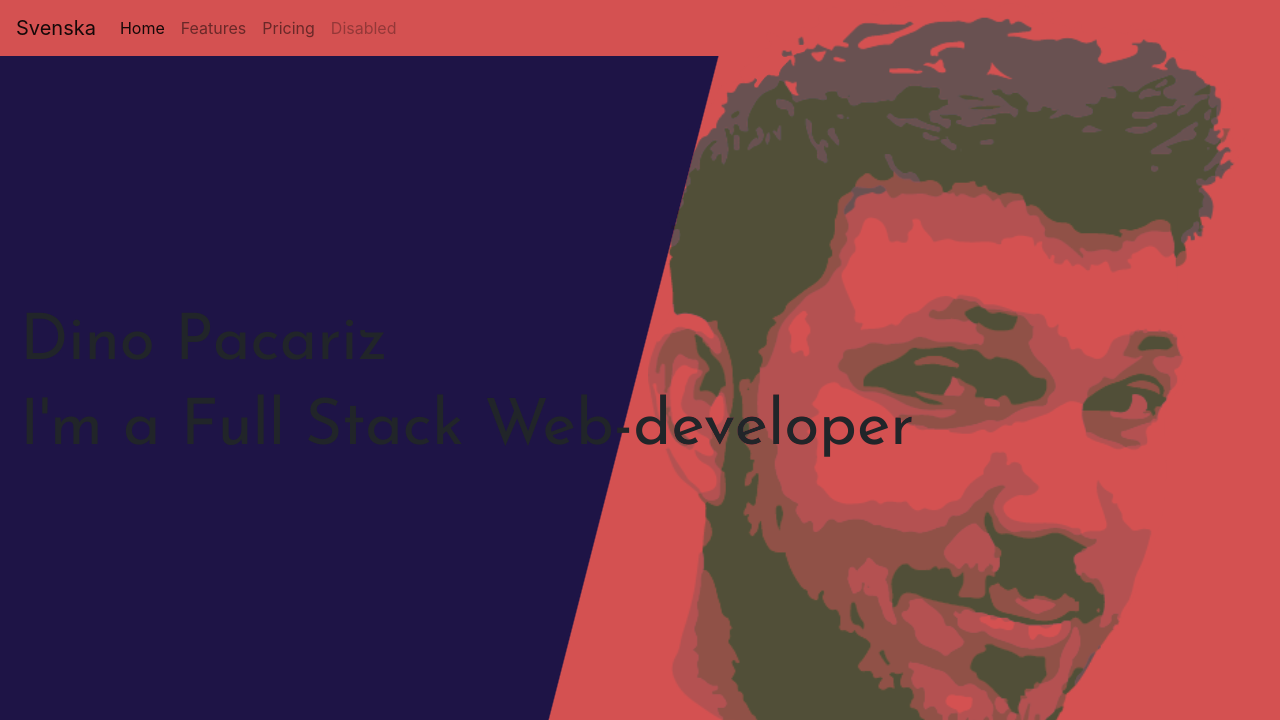
Repository: ImDino/Portfolio
Page: index.html
An editor plug-in stored every save of this project. The page is shown before and after the next save, followed by the edit.
The browser window is 1280 px wide. The pictures show the whole page.
Some web libraries are served in a nearby version. The style sheet was rebuilt from its Sass, Less or Tailwind sources for each picture, by a compiler version that may differ from the author's.

Above is the page before, as saved 2020-11-04 00:14:59.

After the next save:
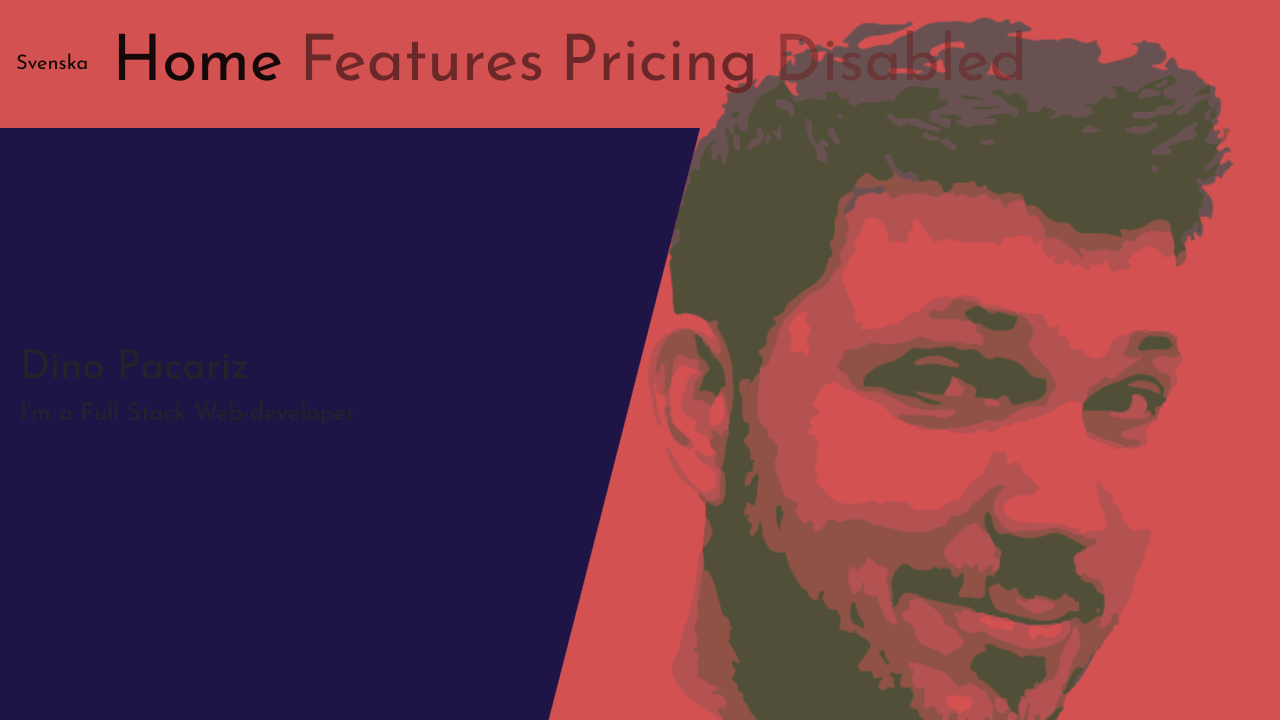
Saved 15 s later.
--- a/scss/main.scss
+++ b/scss/main.scss
@@ -2,7 +2,10 @@
 
 body {
     background-color: #D45151;
-
+    font-family: 'Josefin Sans', sans-serif;
+        font-style: normal;
+        font-weight: normal;
+        font-size: 4em;
 }
 
 #pseudo-div {
@@ -28,10 +31,7 @@
 
     h1, h4 {
         margin-left: 20px;
-        font-family: 'Josefin Sans', sans-serif;
-        font-style: normal;
-        font-weight: normal;
-        font-size: 4em;
+
     }
 }
 

After the save that followed:
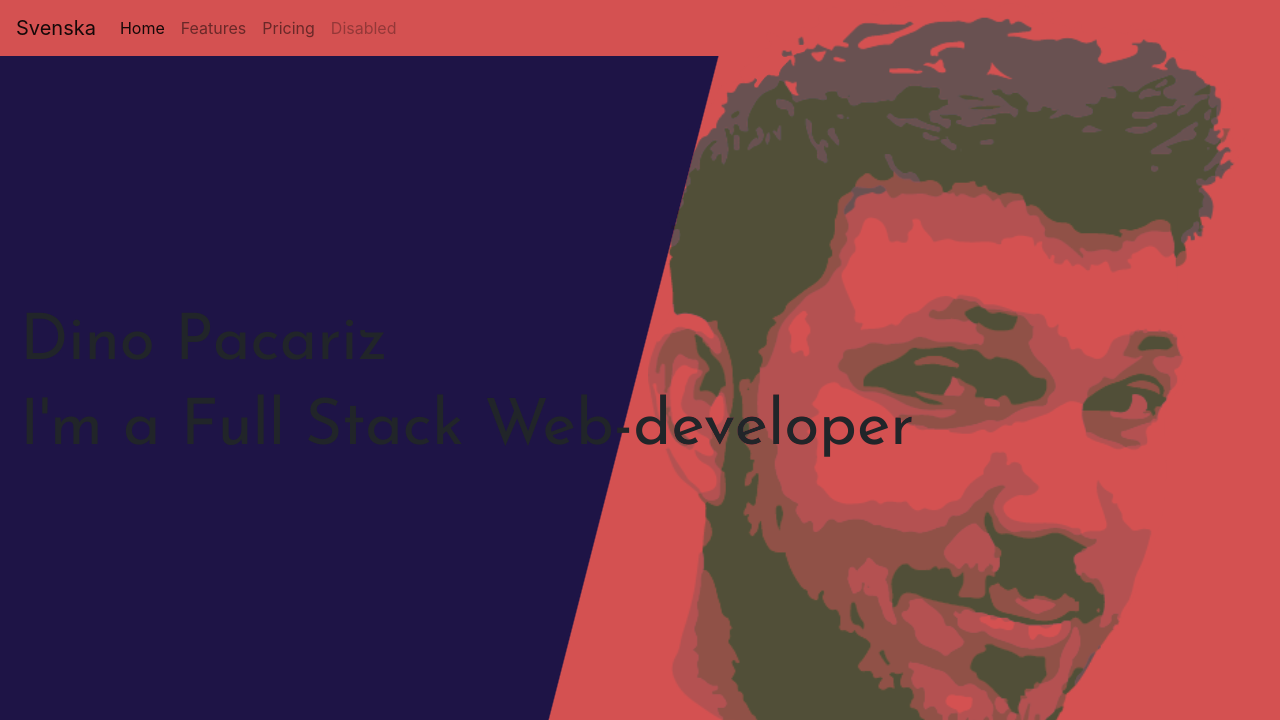
Saved 5 s later.
--- a/scss/main.scss
+++ b/scss/main.scss
@@ -2,10 +2,7 @@
 
 body {
     background-color: #D45151;
-    font-family: 'Josefin Sans', sans-serif;
-        font-style: normal;
-        font-weight: normal;
-        font-size: 4em;
+
 }
 
 #pseudo-div {
@@ -31,7 +28,10 @@
 
     h1, h4 {
         margin-left: 20px;
-
+        font-family: 'Josefin Sans', sans-serif;
+        font-style: normal;
+        font-weight: normal;
+        font-size: 4em;
     }
 }
 
